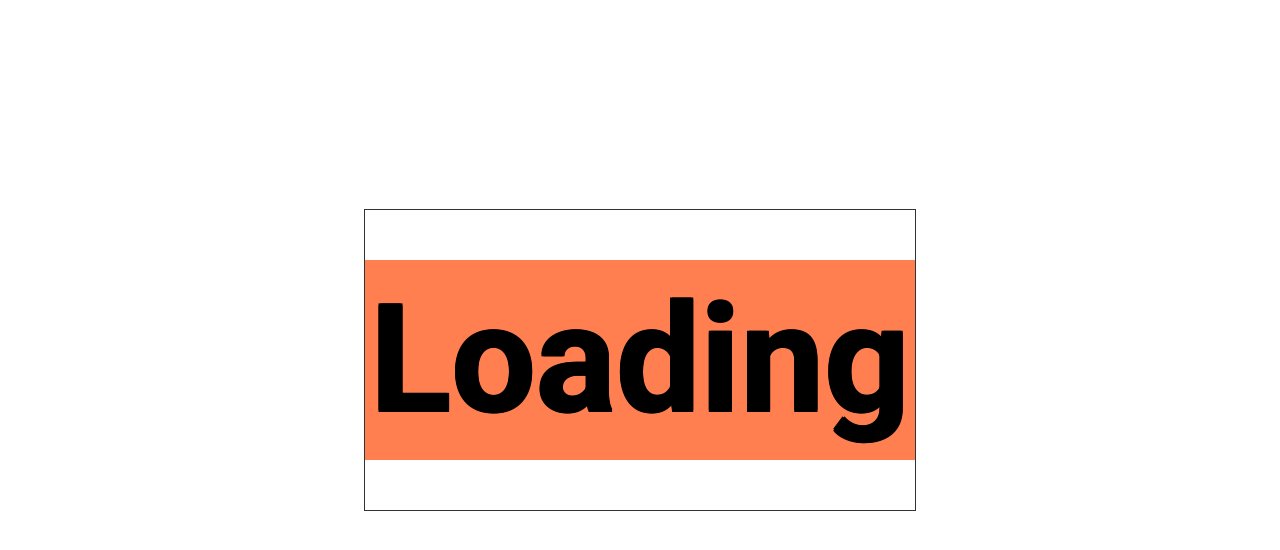
Repository: safak/animation
Page: index-4.html
The author's editor kept a copy of each file at every save. The page is drawn from the files as they stood at one save, then again after the next save.
The browser window is 1280 px wide. The pictures show the whole page.

Above is the page before, as saved 2020-12-17 00:27:16.

After the next save:
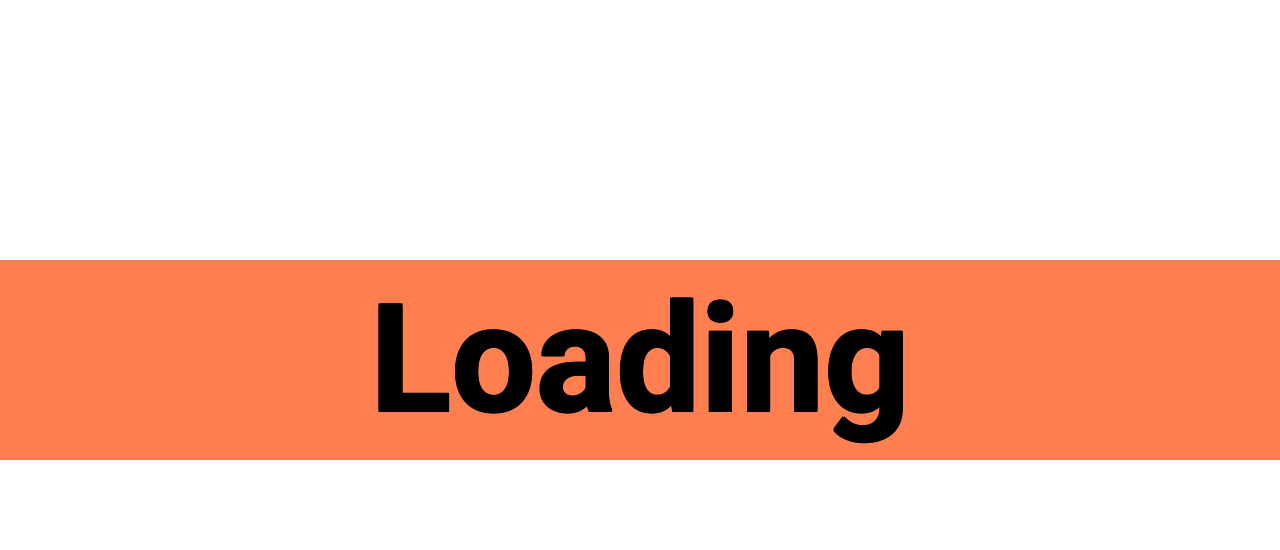
Saved 16 s later.
--- a/style.css
+++ b/style.css
@@ -144,12 +144,12 @@
 
 /* PAGE3 */
 
-.container {
+/* .container {
   width: 550px;
   border: 1px solid #333;
   position: relative;
   overflow: hidden;
-}
+} */
 
 h1 {
   font-size: 150px;

After the save that followed:
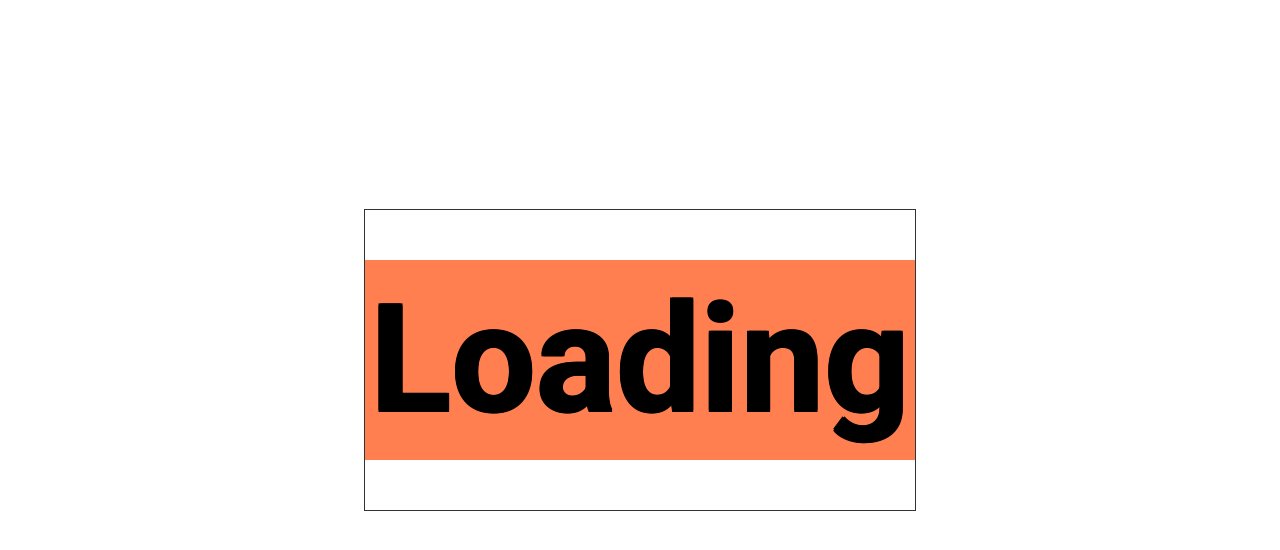
Saved 7 s later.
--- a/style.css
+++ b/style.css
@@ -144,12 +144,12 @@
 
 /* PAGE3 */
 
-/* .container {
+.container {
   width: 550px;
   border: 1px solid #333;
   position: relative;
   overflow: hidden;
-} */
+}
 
 h1 {
   font-size: 150px;
